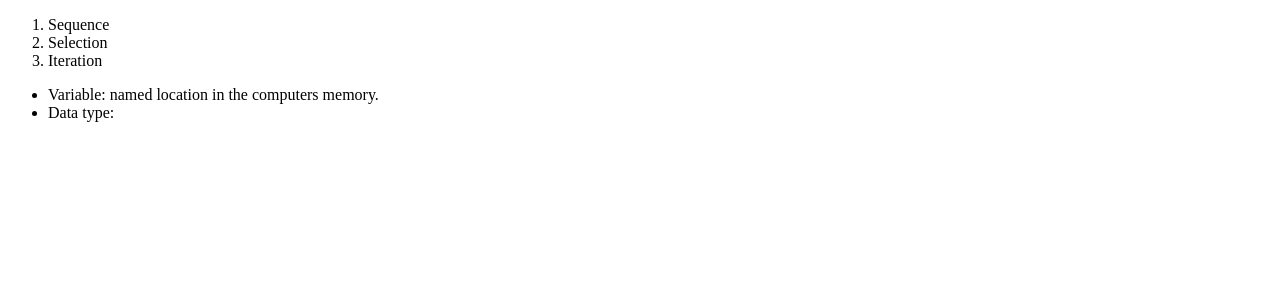
Repository: harleywolfley/wdd130
Page: spring25/cse110/cseindex.html
These files come from the project's save history. The page is drawn as it stood at one moment and after the next save; the edit follows.
The browser window is 1280 px wide. The pictures show the whole page.

Above is the page before, as saved 2025-04-29 16:27:09.

After the next save:
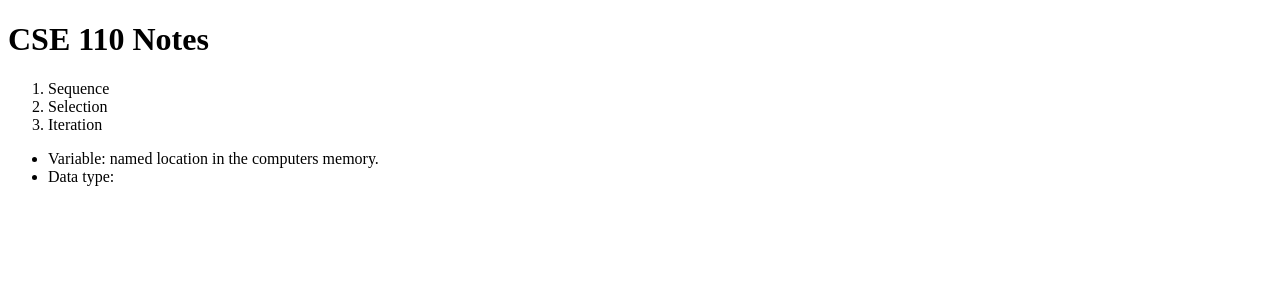
Saved 71 s later.
--- a/spring25/cse110/cseindex.html
+++ b/spring25/cse110/cseindex.html
@@ -4,6 +4,9 @@
 
     </head>
     <body>
+        <header>
+            <h1>CSE 110 Notes</h1>
+        </header>
         <ol>
             <li>Sequence</li>
             <li>Selection</li>
